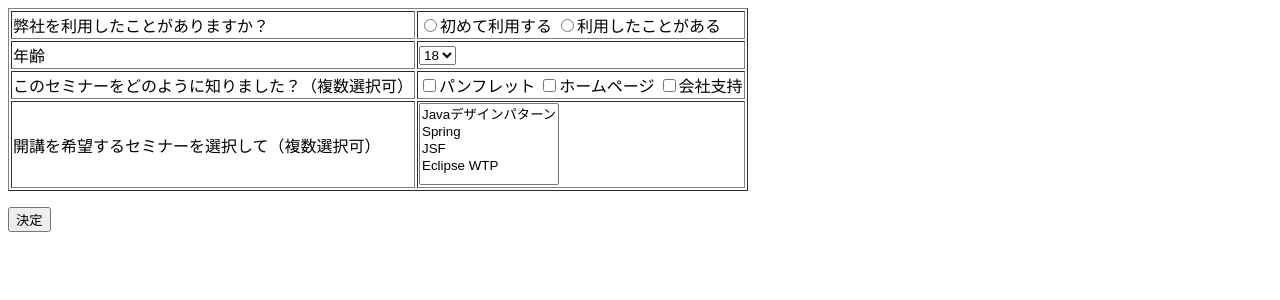
Repository: ict20215/ict
Page: http://localhost/test/jsp/Rei08_request.jsp
These files come from the project's save history. The page is drawn as it stood at one moment and after the next save; the edit follows.
The browser window is 1280 px wide. The pictures show the whole page.
The page is served by Tomcat 9. Other server files are loaded and not shown.

Above is the page before, as saved 2021-10-20 05:27:42.

### test/WebContent/jsp/Rei08_request.jsp
<%@ page contentType="text/html; charset=UTF-8"%>
<%@ taglib uri="http://java.sun.com/jsp/jstl/core" prefix="s" %>
<!DOCTYPE html>
<html>
<head>
<meta http-equiv="content-type" content="text/html; charset=UTF-8">
<title>rei08_request.jsp</title>
</head>
<body>

	<form action="../a" method="POST">
		<table border="1">
			<tr>
				<td>弊社を利用したことがありますか？</td>
				<td><input type="radio" name="sei" value="初めて利用する">初めて利用する <input
					type="radio" name="sei" value="利用したことがある">利用したことがある</td>
			</tr>
			<tr>
				<td>年齢</td>
				<td>
				    <select name="nen">
						<s:forEach var="i" begin="18" end="90" step="1">
							<option value="${i}"><s:out value="${i}"/></option>
						</s:forEach>
                    </select>
        		</td>
			</tr>
			<tr>
				<td>このセミナーをどのように知りました？（複数選択可）</td>
				<td>
					<input type="checkbox" name="mosidoki" value="パンフレット">パンフレット
					<input type="checkbox" name="mosidoki" value="ホームページ">ホームページ
					<input type="checkbox" name="mosidoki" value="会社指示">会社支持
				</td>
			</tr>
			<tr>
				<td>開講を希望するセミナーを選択して（複数選択可）</td>
				<td>
					<select name="seminar" multiple="multiple">
						<option value="Javaデザインパターン">Javaデザインパターン</option>
						<option value="Spring">Spring</option>
						<option value="JSF">JSF</option>
						<option value="Eclipse WTP">Eclipse WTP</option>
					</select>
				</td>

			</tr>
		</table>
		<p>
			<input type="submit" value="決定">
		</p>
	</form>
</body>
</html>

After the next save:
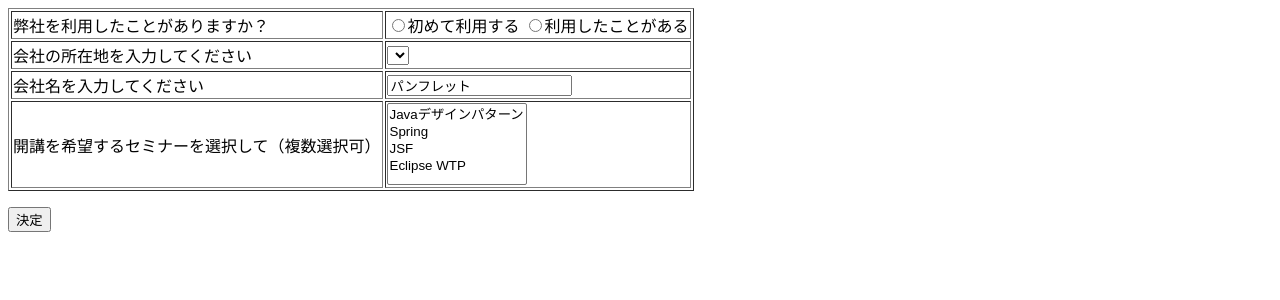
Saved 3 min 36 s later.
--- a/test/WebContent/jsp/Rei08_request.jsp
+++ b/test/WebContent/jsp/Rei08_request.jsp
@@ -16,21 +16,18 @@
 					type="radio" name="sei" value="利用したことがある">利用したことがある</td>
 			</tr>
 			<tr>
-				<td>年齢</td>
+				<td>会社の所在地を入力してください</td>
 				<td>
 				    <select name="nen">
-						<s:forEach var="i" begin="18" end="90" step="1">
-							<option value="${i}"><s:out value="${i}"/></option>
-						</s:forEach>
+							<option value="東京都"></option>
+							<option value="埼玉県"></option>
                     </select>
         		</td>
 			</tr>
 			<tr>
-				<td>このセミナーをどのように知りました？（複数選択可）</td>
+				<td>会社名を入力してください</td>
 				<td>
-					<input type="checkbox" name="mosidoki" value="パンフレット">パンフレット
-					<input type="checkbox" name="mosidoki" value="ホームページ">ホームページ
-					<input type="checkbox" name="mosidoki" value="会社指示">会社支持
+					<input type="text" name="mosidoki" value="パンフレット">
 				</td>
 			</tr>
 			<tr>
